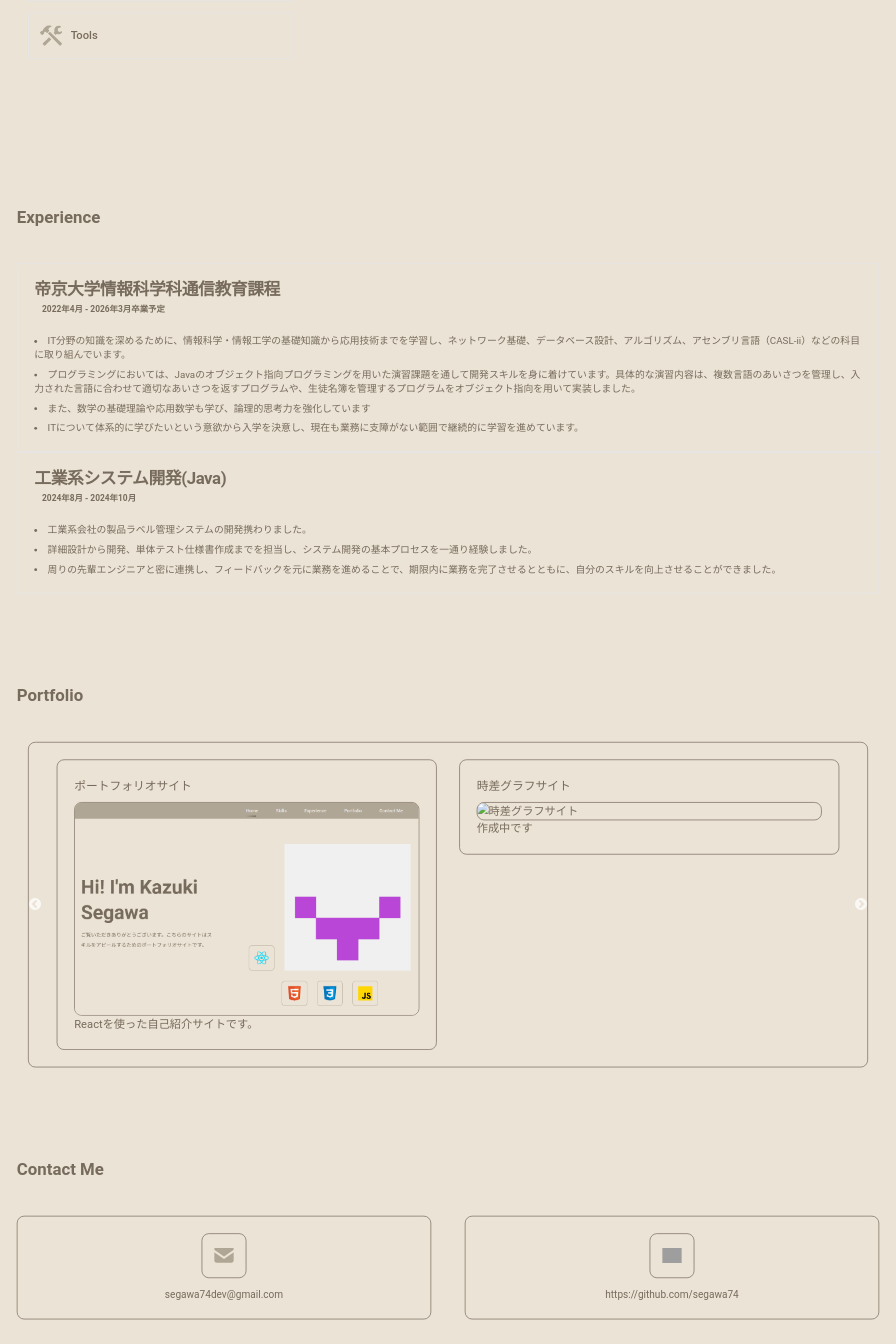
Repository: segawa74/SegawaSite
Page: /
The author's editor kept a copy of each file at every save. The page is drawn from the files as they stood at one save, then again after the next save.
The browser window is 1280 px wide. The pictures show the part of the page from y = 977 to 2897 px (the page is 2990 px tall before and 3056 px after), at 70% of full size.
Pictures or frames that could not be fetched are drawn as grey boxes. The project was rebuilt for these pictures with package versions that can differ from the ones it lists, and the page was loaded fresh each time. Also part of the build but not shown: vite.config.ts.

Above is the page before, as saved 2024-10-23 19:02:10.

### src/main.tsx
import { StrictMode } from "react";
import { createRoot } from "react-dom/client";
import App from "./App.js";
import "./index.css";
import "slick-carousel/slick/slick.css";
import "slick-carousel/slick/slick-theme.css";

const rootElement = document.getElementById("root");

if (rootElement) {
  createRoot(rootElement).render(
    <StrictMode>
      <App />
    </StrictMode>
  );
} else {
  console.error("Root element not found");
}

### src/App.tsx
import "./App.css";
import Hero from "./components/Hero/Hero";
import Navbar from "./components/Navbar/Navbar";
import Skills from "./components/Skills/Skills";
import Experience from "./components/Experience/Experience";
import Portfolio from "./components/Portfolio/Portfolio";
import ContactMe from "./components/ContactMe/ContactMe";
import Footer from "./components/Footer/Footer";

function App() {
  return (
    <>
      <Navbar />
      <div className="container">
        <Hero />
        <Skills />
        <Experience />
        <Portfolio />
        <ContactMe />
      </div>
      <Footer />
    </>
  );
}

export default App;

### src/index.css
@import url("https://fonts.googleapis.com/css2?family=Material+Symbols+Outlined");

@tailwind base;
@tailwind components;
@tailwind utilities;

* {
  font-family: Roboto, 'Noto Sans JP', sans-serif;
  margin: 0;
  box-sizing: border-box;
}

body {

  color: #776B5D;
  background-color: #EBE3D5;
}

### src/App.css
.container {
  max-width: 1300px !important;
  margin: 0 auto;
  position: relative;
}

@media (max-width: 1300px) {
  .container {
    padding: 0 1.5rem;
  }
}

@media (max-width: 1380px) {
  .container {
    padding: 0 1.5rem;
  }
}

### src/components/Hero/Hero.tsx
import { Button } from "@/components/ui/button";
import { motion } from "framer-motion";

const techIcons = [
  { src: "/assets/images/img01.png", alt: "Technology 1" },
  { src: "/assets/images/img02.png", alt: "Technology 2" },
  { src: "/assets/images/img03.png", alt: "Technology 3" },
  { src: "/assets/images/img04.png", alt: "Technology 4" },
];

const Hero: React.FC = () => {
  return (
    <section id="hero" className="py-20 md:py-32 bg-background">
      <div className="container mx-auto px-4 flex flex-col md:flex-row items-center justify-between">
        <motion.div
          initial={{ opacity: 0, y: 20 }}
          animate={{ opacity: 1, y: 0 }}
          transition={{ duration: 0.5 }}
          className="md:w-1/2 mb-10 md:mb-0"
        >
          <h1 className="text-4xl md:text-5xl font-bold mb-4 text-foreground">
            Hi! I&apos;m Kazuki Segawa
          </h1>
          <p className="text-lg mb-6 text-muted-foreground">
            ご覧いただきありがとうございます。こちらのサイトはスキルをアピールするためのポートフォリオサイトです。
          </p>
          <Button asChild>
            <a href="#contact">お問い合わせ</a>
          </Button>
        </motion.div>

        <motion.div
          initial={{ opacity: 0, scale: 0.9 }}
          animate={{ opacity: 1, scale: 1 }}
          transition={{ duration: 0.5 }}
          className="md:w-1/2 flex flex-col items-center"
        >
          <div className="relative mb-8">
            <img
              src="/assets/images/identicon.png"
              alt="Kazuki Segawa"
              className="w-48 h-48 rounded-full shadow-lg"
            />
          </div>
          <div className="grid grid-cols-4 gap-4">
            {techIcons.map((icon, index) => (
              <motion.div
                key={index}
                initial={{ opacity: 0, y: 20 }}
                animate={{ opacity: 1, y: 0 }}
                transition={{ duration: 0.5, delay: index * 0.1 }}
              >
                <img
                  src={icon.src}
                  alt={icon.alt}
                  className="w-12 h-12 object-contain"
                />
              </motion.div>
            ))}
          </div>
        </motion.div>
      </div>
    </section>
  );
};

export default Hero;

### src/components/Navbar/Navbar.tsx
"use client";

import * as React from "react";
import { Link } from "react-scroll";
import { Menu } from "lucide-react";
import { Button } from "@/components/ui/button";
import { Sheet, SheetContent, SheetTrigger } from "@/components/ui/sheet";
import { cn } from "@/lib/utils";

const menuItems = [
  { name: "Home", to: "hero", offset: -80 },
  { name: "Skills", to: "skills", offset: -120 },
  { name: "Experience", to: "exp", offset: -100 },
  { name: "Portfolio", to: "pf", offset: -100 },
  { name: "Contact Me", to: "contact-me", offset: -100 },
];

export function NavBar() {
  const [activeSection, setActiveSection] = React.useState("");

  const handleSetActive = (to: string) => {
    setActiveSection(to);
  };

  return (
    <nav className="sticky top-0 z-30 w-full backdrop-blur-sm bg-background/80 border-b border-border">
      <div className="container flex h-16 items-center justify-between">
        <div className="flex items-center space-x-4">
          {menuItems.map((item) => (
            <Link
              key={item.to}
              activeClass="text-primary font-semibold"
              to={item.to}
              spy={true}
              smooth={true}
              offset={item.offset}
              onSetActive={() => handleSetActive(item.to)}
              className={cn(
                "text-sm font-medium transition-colors hover:text-primary",
                activeSection === item.to
                  ? "text-primary font-semibold"
                  : "text-muted-foreground"
              )}
            >
              {item.name}
            </Link>
          ))}
        </div>
        <Sheet>
          <SheetTrigger asChild>
            <Button variant="outline" size="icon" className="md:hidden">
              <Menu className="h-5 w-5" />
              <span className="sr-only">Toggle menu</span>
            </Button>
          </SheetTrigger>
          <SheetContent side="right">
            <MobileNav />
          </SheetContent>
        </Sheet>
      </div>
    </nav>
  );
}

function MobileNav() {
  return (
    <div className="flex flex-col space-y-4 mt-4">
      {menuItems.map((item) => (
        <Link
          key={item.to}
          to={item.to}
          spy={true}
          smooth={true}
          offset={item.offset}
          className="text-sm font-medium transition-colors hover:text-primary"
        >
          {item.name}
        </Link>
      ))}
    </div>
  );
}

export default NavBar;

### src/components/Experience/Experience.tsx
import "./Experience.css";
import ExperienceCard from "./ExperienceCard/ExperienceCard";
import { EXPERIENCE } from "../../utils/data";

interface ExperienceDetails {
  title: string;
  date: string;
  responsibilities: string[];
}

const Experience: React.FC = () => {
  return (
    <section id="exp" className="experience-container">
      <h5>Experience</h5>

      <div className="experience-content">
        {EXPERIENCE.map((item: ExperienceDetails) => (
          <ExperienceCard key={item.title} details={item} />
        ))}
      </div>
    </section>
  );
};

export default Experience;

### src/components/Portfolio/Portfolio.tsx
import { useRef } from "react";
import "./Portfolio.css";
import { PORTFOLIO } from "../../utils/data";
import PortfolioCard from "./PortfolioCard/PortfolioCard";
import Slider from "react-slick";

interface PortfolioItem {
  title: string;
}

const Portfolio = () => {
  const sliderRef = useRef<Slider>(null);

  const settings = {
    dots: false,
    infinite: true,
    speed: 500,
    slidesToShow: 2,
    slidesToScroll: 1,
    arrows: true,
    responsive: [
      {
        breakpoint: 769,
        settings: {
          slidesToShow: 1,
          slidesToScroll: 1,
        },
      },
    ],
  };

  return (
    <section id="pf" className="portfolio-container">
      <h5>Portfolio</h5>

      <div className="portfolio-item">
        <Slider ref={sliderRef} {...settings}>
          {PORTFOLIO.map((item: PortfolioItem) => (
            <PortfolioCard key={item.title} details={item} />
          ))}
        </Slider>
      </div>
    </section>
  );
};

export default Portfolio;

### src/components/ContactMe/ContactMe.tsx
import "./ContactMe.css";
import ContactInfoCard from "./ContactInfoCard/ContactInfoCard";

const ContactMe: React.FC = () => {
  return (
    <section id="contact-me" className="contact-container">
      <h5>Contact Me</h5>

      <div className="contact-content">
        <ContactInfoCard
          iconUrl="./assets/images/email-icon.svg"
          text="segawa74dev@gmail.com"
        />
        <a
          href="https://github.com/segawa74"
          target="_blank"
          rel="noopener noreferrer"
        >
          <ContactInfoCard
            iconUrl="./assets/images/github-icon.svg"
            text="https://github.com/segawa74"
          />
        </a>
      </div>
    </section>
  );
};

export default ContactMe;

### src/components/Footer/Footer.tsx
import "./Footer.css";

const Footer: React.FC = () => {
  return <div className="footer"></div>;
};

export default Footer;

### src/components/ui/button.tsx
import * as React from "react"
import { Slot } from "@radix-ui/react-slot"
import { cva, type VariantProps } from "class-variance-authority"

import { cn } from "@/lib/utils"

const buttonVariants = cva(
  "inline-flex items-center justify-center gap-2 whitespace-nowrap rounded-md text-sm font-medium ring-offset-background transition-colors focus-visible:outline-none focus-visible:ring-2 focus-visible:ring-ring focus-visible:ring-offset-2 disabled:pointer-events-none disabled:opacity-50 [&_svg]:pointer-events-none [&_svg]:size-4 [&_svg]:shrink-0",
  {
    variants: {
      variant: {
        default: "bg-primary text-primary-foreground hover:bg-primary/90",
        destructive:
          "bg-destructive text-destructive-foreground hover:bg-destructive/90",
        outline:
          "border border-input bg-background hover:bg-accent hover:text-accent-foreground",
        secondary:
          "bg-secondary text-secondary-foreground hover:bg-secondary/80",
        ghost: "hover:bg-accent hover:text-accent-foreground",
        link: "text-primary underline-offset-4 hover:underline",
      },
      size: {
        default: "h-10 px-4 py-2",
        sm: "h-9 rounded-md px-3",
        lg: "h-11 rounded-md px-8",
        icon: "h-10 w-10",
      },
    },
    defaultVariants: {
      variant: "default",
      size: "default",
    },
  }
)

export interface ButtonProps
  extends React.ButtonHTMLAttributes<HTMLButtonElement>,
    VariantProps<typeof buttonVariants> {
  asChild?: boolean
}

const Button = React.forwardRef<HTMLButtonElement, ButtonProps>(
  ({ className, variant, size, asChild = false, ...props }, ref) => {
    const Comp = asChild ? Slot : "button"
    return (
      <Comp
        className={cn(buttonVariants({ variant, size, className }))}
        ref={ref}
        {...props}
      />
    )
  }
)
Button.displayName = "Button"

export { Button, buttonVariants }

### src/components/ui/card.tsx
import * as React from "react"

import { cn } from "@/lib/utils"

const Card = React.forwardRef<
  HTMLDivElement,
  React.HTMLAttributes<HTMLDivElement>
>(({ className, ...props }, ref) => (
  <div
    ref={ref}
    className={cn(
      "rounded-lg border bg-card text-card-foreground shadow-sm",
      className
    )}
    {...props}
  />
))
Card.displayName = "Card"

const CardHeader = React.forwardRef<
  HTMLDivElement,
  React.HTMLAttributes<HTMLDivElement>
>(({ className, ...props }, ref) => (
  <div
    ref={ref}
    className={cn("flex flex-col space-y-1.5 p-6", className)}
    {...props}
  />
))
CardHeader.displayName = "CardHeader"

const CardTitle = React.forwardRef<
  HTMLParagraphElement,
  React.HTMLAttributes<HTMLHeadingElement>
>(({ className, ...props }, ref) => (
  <h3
    ref={ref}
    className={cn(
      "text-2xl font-semibold leading-none tracking-tight",
      className
    )}
    {...props}
  />
))
CardTitle.displayName = "CardTitle"

const CardDescription = React.forwardRef<
  HTMLParagraphElement,
  React.HTMLAttributes<HTMLParagraphElement>
>(({ className, ...props }, ref) => (
  <p
    ref={ref}
    className={cn("text-sm text-muted-foreground", className)}
    {...props}
  />
))
CardDescription.displayName = "CardDescription"

const CardContent = React.forwardRef<
  HTMLDivElement,
  React.HTMLAttributes<HTMLDivElement>
>(({ className, ...props }, ref) => (
  <div ref={ref} className={cn("p-6 pt-0", className)} {...props} />
))
CardContent.displayName = "CardContent"

const CardFooter = React.forwardRef<
  HTMLDivElement,
  React.HTMLAttributes<HTMLDivElement>
>(({ className, ...props }, ref) => (
  <div
    ref={ref}
    className={cn("flex items-center p-6 pt-0", className)}
    {...props}
  />
))
CardFooter.displayName = "CardFooter"

export { Card, CardHeader, CardFooter, CardTitle, CardDescription, CardContent }

### src/components/ui/badge.tsx
import * as React from "react"
import { cva, type VariantProps } from "class-variance-authority"

import { cn } from "@/lib/utils"

const badgeVariants = cva(
  "inline-flex items-center rounded-full border px-2.5 py-0.5 text-xs font-semibold transition-colors focus:outline-none focus:ring-2 focus:ring-ring focus:ring-offset-2",
  {
    variants: {
      variant: {
        default:
          "border-transparent bg-primary text-primary-foreground hover:bg-primary/80",
        secondary:
          "border-transparent bg-secondary text-secondary-foreground hover:bg-secondary/80",
        destructive:
          "border-transparent bg-destructive text-destructive-foreground hover:bg-destructive/80",
        outline: "text-foreground",
      },
    },
    defaultVariants: {
      variant: "default",
    },
  }
)

export interface BadgeProps
  extends React.HTMLAttributes<HTMLDivElement>,
    VariantProps<typeof badgeVariants> {}

function Badge({ className, variant, ...props }: BadgeProps) {
  return (
    <div className={cn(badgeVariants({ variant }), className)} {...props} />
  )
}

export { Badge, badgeVariants }

### src/utils/data.ts
interface Skill {
  skill: string;
  skillLevel: string;
  percentage: string;
}

interface SkillSection {
  title: string;
  icon: string;
  skills: Skill[];
}

interface Experience {
  title: string;
  date: string;
  responsibilities: string[];
}

interface PortfolioItem {
  title: string;
  link: string;
  img: string;
  comment?: string;
}

export const SKILLS: SkillSection[] = [
  {
    title: "Frontend",
    icon: "./assets/images/frontend-icon.svg",
    skills: [
      { skill: "HTML5", skillLevel: "Entry", percentage: "40%" },
      { skill: "CSS3", skillLevel: "Entry", percentage: "40%" },
      { skill: "JavaScript", skillLevel: "Entry", percentage: "40%" },
      { skill: "React.js", skillLevel: "Studying", percentage: "20%" },
    ],
  },
  {
    title: "Backend",
    icon: "./assets/images/backend-icon.svg",
    skills: [
      { skill: "Node.js", skillLevel: "Studying", percentage: "20%" },
      { skill: "Express.js", skillLevel: "Studying", percentage: "20%" },
      { skill: "Java", skillLevel: "Entry", percentage: "40%" },
    ],
  },
  {
    title: "Data Base",
    icon: "./assets/images/database-icon.svg",
    skills: [
      { skill: "PostgreSQL", skillLevel: "Entry", percentage: "40%" },
      { skill: "MongoDB", skillLevel: "Entry", percentage: "40%" },
      { skill: "Oracle", skillLevel: "Entry", percentage: "40%" },
    ],
  },
  {
    title: "Tools",
    icon: "./assets/images/tools-icon.svg",
    skills: [
      { skill: "Git & GitHub", skillLevel: "Studying", percentage: "20%" },
      { skill: "Visual Studio Code", skillLevel: "Entry", percentage: "40%" },
      { skill: "Eclipse", skillLevel: "Entry", percentage: "40%" },
    ],
  },
];

export const EXPERIENCE: Experience[] = [
  {
    title: "帝京大学情報科学科通信教育課程",
    date: "2022年4月 - 2026年3月卒業予定",
    responsibilities: [
      "IT分野の知識を深めるために、情報科学・情報工学の基礎知識から応用技術までを学習し、ネットワーク基礎、データベース設計、アルゴリズム、アセンブリ言語（CASL-ii）などの科目に取り組んでいます。",
      "プログラミングにおいては、Javaのオブジェクト指向プログラミングを用いた演習課題を通して開発スキルを身に着けています。具体的な演習内容は、複数言語のあいさつを管理し、入力された言語に合わせて適切なあいさつを返すプログラムや、生徒名簿を管理するプログラムをオブジェクト指向を用いて実装しました。",
      "また、数学の基礎理論や応用数学も学び、論理的思考力を強化しています",
      "ITについて体系的に学びたいという意欲から入学を決意し、現在も業務に支障がない範囲で継続的に学習を進めています。",
    ],
  },
  {
    title: "工業系システム開発(Java)",
    date: "2024年8月 - 2024年10月",
    responsibilities: [
      "工業系会社の製品ラベル管理システムの開発携わりました。",
      "詳細設計から開発、単体テスト仕様書作成までを担当し、システム開発の基本プロセスを一通り経験しました。",
      "周りの先輩エンジニアと密に連携し、フィードバックを元に業務を進めることで、期限内に業務を完了させるとともに、自分のスキルを向上させることができました。",
    ],
  },
];

export const PORTFOLIO: PortfolioItem[] = [
  {
    title: "ポートフォリオサイト",
    link: "#",
    img: "./assets/images/site-01.png",
    comment: "Reactを使った自己紹介サイトです。",
  },
  {
    title: "時差グラフサイト",
    link: "#",
    img: "#",
    comment: "作成中です",
  },
];

### src/components/Experience/Experience.css
.experience-container {
  margin: 8rem 0;
  position: relative;
}

.experience-container h5 {
  font-size: 1.5rem;
  font-weight: 600;
  margin-bottom: 3rem;
}

@media (max-width: 768px) {
  .experience-container {
    margin: 4rem 0;
  }

  .experience-container h5 {
    font-size: 1.3rem;
    margin-bottom: 2rem;
  }
}

### src/components/Experience/ExperienceCard/ExperienceCard.tsx
import { Card, CardContent, CardHeader, CardTitle } from "@/components/ui/card";
import { Badge } from "@/components/ui/badge";

interface ExperienceDetails {
  title: string;
  date: string;
  responsibilities: string[];
}

interface ExperienceCardProps {
  details: ExperienceDetails;
}

function ExperienceCard({ details }: { details: ExperienceDetails }) {
  return (
    <Card className="h-full">
      <CardHeader>
        <CardTitle>{details.title}</CardTitle>
        <Badge variant="secondary" className="w-fit">
          {details.date}
        </Badge>
      </CardHeader>
      <CardContent>
        <ul className="list-disc list-inside space-y-2">
          {details.responsibilities.map((item, index) => (
            <li key={index} className="text-sm text-muted-foreground">
              {item}
            </li>
          ))}
        </ul>
      </CardContent>
    </Card>
  );
}
export default ExperienceCard;

### src/components/Portfolio/Portfolio.css
.portfolio-container {
  margin: 8rem 0;
  position: relative;
}

.portfolio-container h5 {
  font-size: 1.5rem;
  font-weight: 600;
  margin-bottom: 3rem;
}

.portfolio-item {
  background: #EBE3D5;
  border-radius: 0.65rem;
  border: 1.5px solid #776B5D;
  padding: 1.5rem;
  margin: 0 1rem;
}

.portfolio-item h6 {
  font-size: 1.05rem;
  font-weight: 500;
  margin-bottom: 0.7rem;
}

.portfolio-item ul li {
  list-style: none;
  font-size: 0.8rem;
  font-weight: 400;
  margin-bottom: 0.5rem;
  position: relative;
}

@media (max-width: 768px) {
  .portfolio-item {
    margin: 0;
  }

  .portfolio-item h6 {
    font-size: 0.95rem;
  }

  .portfolio-item ul li {
    font-size: 0.75rem;
  }

  .portfolio-container {
    margin: 4rem 0;
  }

  .portfolio-container h5 {
    font-size: 1.3rem;
    margin-bottom: 2rem;
  }
}

### src/components/Portfolio/PortfolioCard/PortfolioCard.tsx
import "./PortfolioCard.css";

interface PortfolioCardProps {
  details: {
    link: string;
    title: string;
    img: string;
    comment?: string;
  };
}

const PortfolioCard: React.FC<PortfolioCardProps> = ({ details }) => {
  return (
    <div className="portfolio-card">
      <a href={details.link} target="_blank" rel="noopener noreferrer">
        <h6>{details.title}</h6>

        <img src={details.img} alt={details.title} />
        {details.comment}
      </a>
    </div>
  );
};

export default PortfolioCard;

### src/components/ContactMe/ContactMe.css
.contact-container {
  margin: 4rem 0;
  position: relative;
}

.contact-container h5 {
  font-size: 1.5rem;
  font-weight: 600;
  margin-bottom: 3rem;
}

.contact-content {
  display: grid;
  grid-template-columns: repeat(2, 1fr);
  gap: 3rem;
}


.contact-content a {
  color: inherit;
  text-decoration: none;
}

@media (max-width: 768px) {
  .contact-content {
    grid-template-columns: 1fr;
  }

  .contact-container h5 {
    font-size: 1.3rem;
    margin-bottom: 1.5rem;
  }
}

### src/components/ContactMe/ContactInfoCard/ContactInfoCard.tsx
import "./ContactInfoCard.css";

interface ContactInfoCardProps {
  iconUrl: string;
  text: string;
}

const ContactInfoCard: React.FC<ContactInfoCardProps> = ({ iconUrl, text }) => {
  return (
    <div className="contact-details-card">
      <div className="icon">
        <img src={iconUrl} alt={text} />
      </div>
      <p>{text}</p>
    </div>
  );
};

export default ContactInfoCard;

### src/components/Footer/Footer.css
.footer {
    font-size: 0.8rem;
    text-align: center;
    background: #776B5D;
    padding: 1rem;
}

### src/components/Portfolio/PortfolioCard/PortfolioCard.css
.portfolio-card {
    background: #EBE3D5;
    border-radius: 0.65rem;
    border: 1.5px solid #776B5D;
    padding: 1.5rem;
    margin: 0 1rem;
}

.portfolio-card h6 {
    font-size: 1.05rem;
    font-weight: 500;
    margin-bottom: 0.7rem;
}

.portfolio-card ul li {
    list-style: none;
    font-size: 0.8rem;
    font-weight: 400;
    margin-bottom: 0.5rem;
    position: relative;
}

.portfolio-card img {
    width: 100%;
    border-radius: 0.65rem;
    border: 1.5px solid #776B5D;
}

.portfolio-card a {
    color: inherit;
    text-decoration: none;
}

@media (max-width: 768px) {
    .portfolio-card {
        margin: 0;
    }

    .portfolio-card h6 {
        font-size: 0.95rem;
    }

    .portfolio-card ul li {
        font-size: 0.75rem;
    }
}

### src/components/ContactMe/ContactInfoCard/ContactInfoCard.css
.contact-details-card {
  display: flex;
  flex-direction: column;
  align-items: center;
  justify-content: space-around;
  background: #EBE3D5;
  border-radius: 0.65rem;
  border: 1.5px solid #776B5D;
  padding: 1.5rem;
  margin-bottom: 2rem;
}

.contact-details-card .icon {
  width: 4rem;
  height: 4rem;
  display: flex;
  align-items: center;
  justify-content: center;
  border-radius: 0.5rem;
  background: #EBE3D5;
  border-radius: 0.65rem;
  border: 1.5px solid #776B5D;
  margin-bottom: 0.8rem;
}

.icon img {
  width: 1.8rem;
  height: auto;
  object-fit: contain;
}

.contact-details-card p {
  font-size: 0.9rem;
  font-weight: 400;
  text-align: center;
}

@media (max-width: 400px) {
  .contact-details-card p {
    font-size: 0.8rem;
  }
}

Loaded but not shown: index.html (common file); src/lib/utils.ts (common file); tailwind.config.js (57 lines, source omitted); src/components/ui/sheet.tsx (138 lines, source omitted); src/components/Skills/Skills.tsx (101 lines, source omitted)

After the next save:
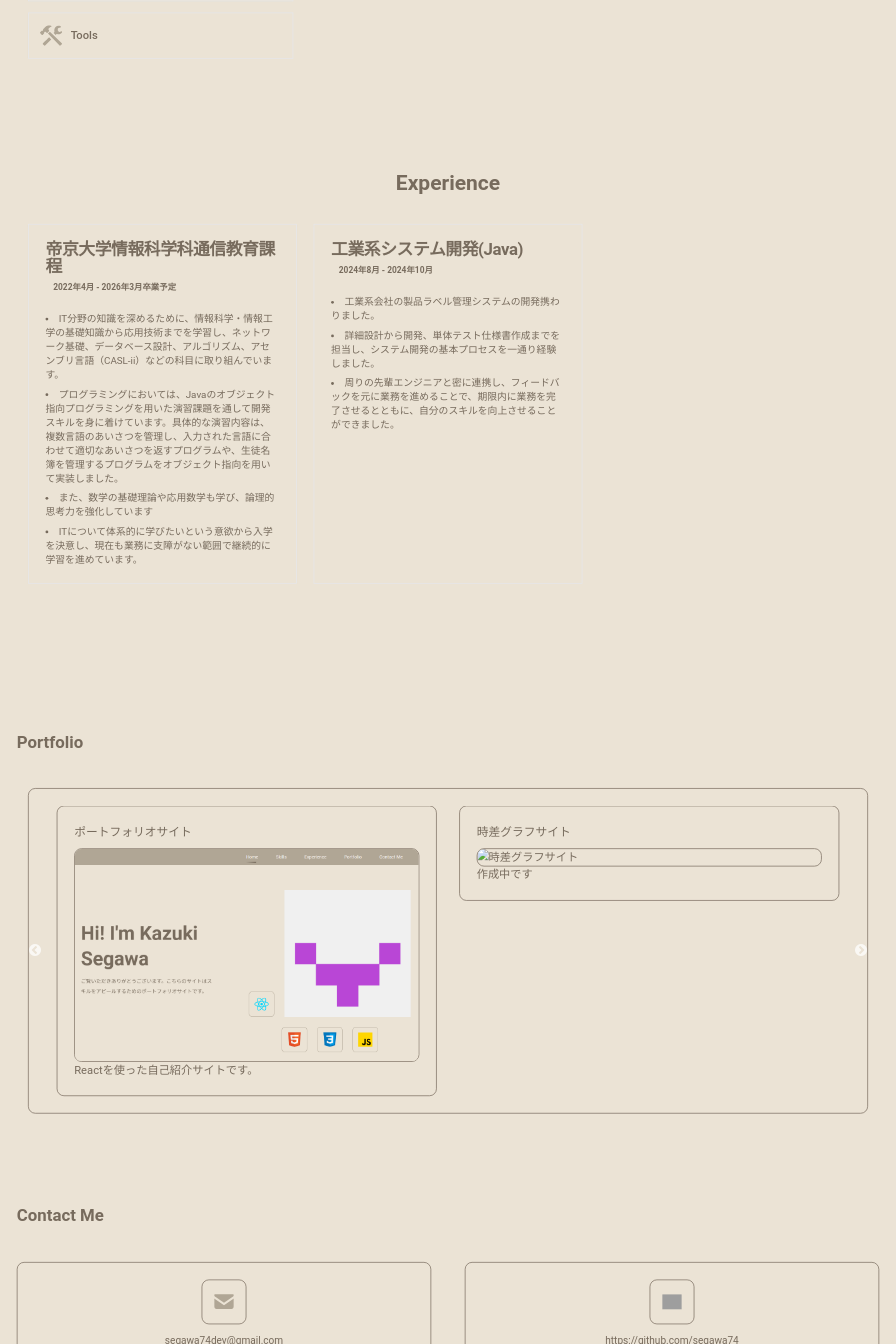
Saved 27 s later.
--- a/src/components/Experience/Experience.tsx
+++ b/src/components/Experience/Experience.tsx
@@ -10,13 +10,14 @@ interface ExperienceDetails {
 
 const Experience: React.FC = () => {
   return (
-    <section id="exp" className="experience-container">
-      <h5>Experience</h5>
-
-      <div className="experience-content">
-        {EXPERIENCE.map((item: ExperienceDetails) => (
-          <ExperienceCard key={item.title} details={item} />
-        ))}
+    <section id="exp" className="py-20 bg-muted">
+      <div className="container mx-auto px-4">
+        <h2 className="text-3xl font-bold text-center mb-10">Experience</h2>
+        <div className="grid gap-6 md:grid-cols-2 lg:grid-cols-3">
+          {EXPERIENCE.map((item, index) => (
+            <ExperienceCard key={index} details={item} />
+          ))}
+        </div>
       </div>
     </section>
   );
